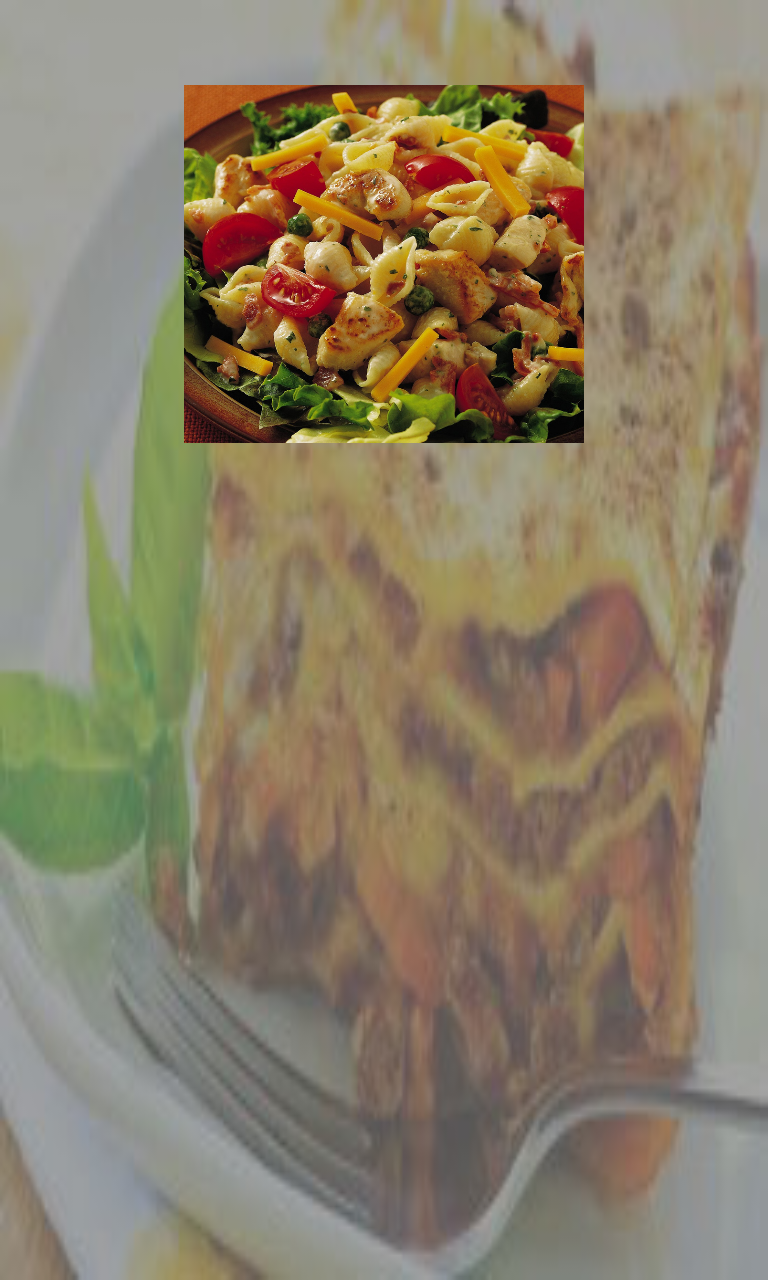
Repository: SubhaVasudevan/coday
Layout: MealsWithCare/res/layout/activity_main.xml
These files come from the project's save history. The layout is drawn as it stood at one moment and after the next save; the edit follows.
It is drawn on a 768 x 1280 px phone screen (xhdpi) without system bars, with theme android:Theme.NoTitleBar; the app's code is not run.

Above is the layout before, as saved 2014-11-01 00:35:05.

### MealsWithCare/res/layout/activity_main.xml
<RelativeLayout xmlns:android="http://schemas.android.com/apk/res/android"
    xmlns:tools="http://schemas.android.com/tools"
    android:layout_width="match_parent"
    android:layout_height="match_parent"
    android:background="@drawable/download"
    android:paddingBottom="@dimen/activity_vertical_margin"
    android:paddingLeft="@dimen/activity_horizontal_margin"
    android:paddingRight="@dimen/activity_horizontal_margin"
    android:paddingTop="@dimen/activity_vertical_margin"
    tools:context=".MainActivity" >

    <ImageView
        android:id="@+id/test_image"
        android:layout_width="200dp"
        android:layout_height="200dp"
        android:layout_alignParentTop="true"
        android:layout_centerHorizontal="true"
        android:layout_marginTop="16dp"
        android:src="@drawable/nutritiousmeals" />

</RelativeLayout>

Loaded but not shown: MealsWithCare/res/values/dimens.xml (common file)

After the next save:
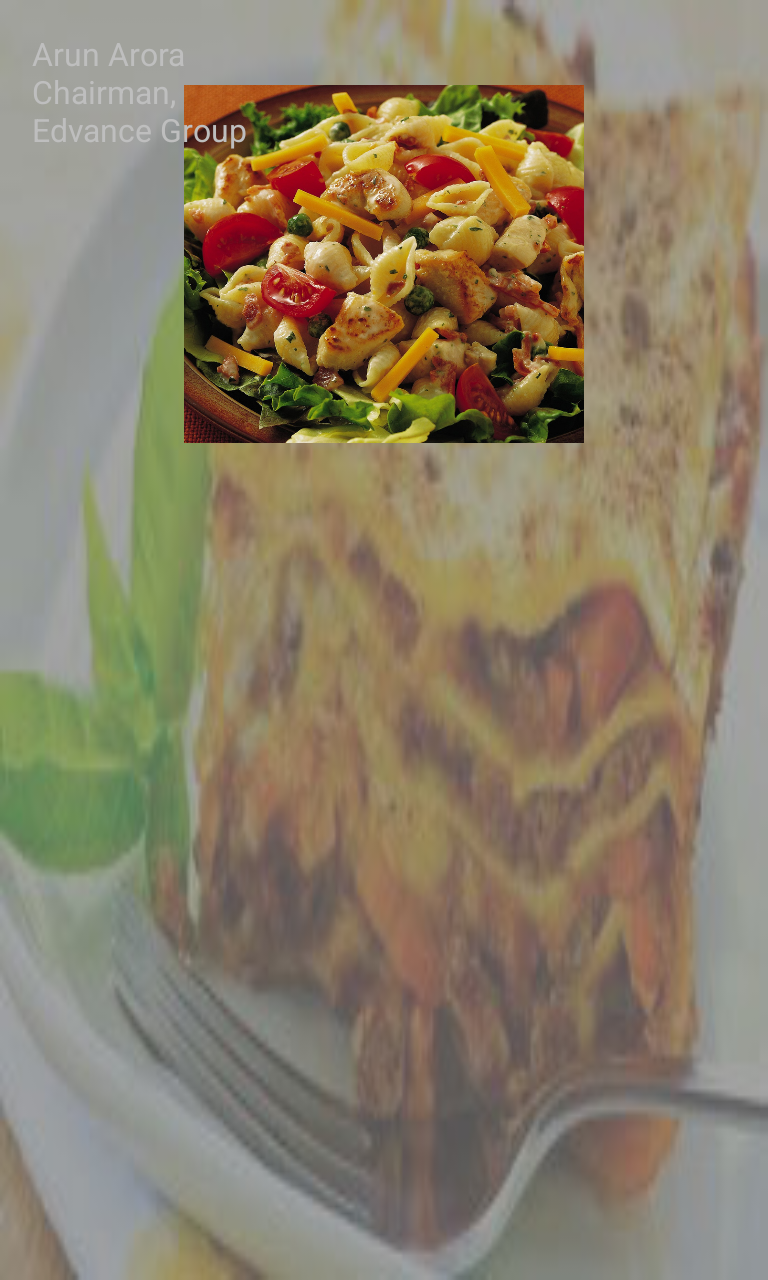
Saved 56 s later.
--- a/MealsWithCare/res/layout/activity_main.xml
+++ b/MealsWithCare/res/layout/activity_main.xml
@@ -18,4 +18,11 @@
         android:layout_marginTop="16dp"
         android:src="@drawable/nutritiousmeals" />
 
+    <TextView
+        android:id="@+id/name1"
+        android:layout_width="134dp"
+        android:layout_height="wrap_content"
+        android:text="Arun Arora Chairman, Edvance Group"
+        android:textSize="16dp" />
+
 </RelativeLayout>
